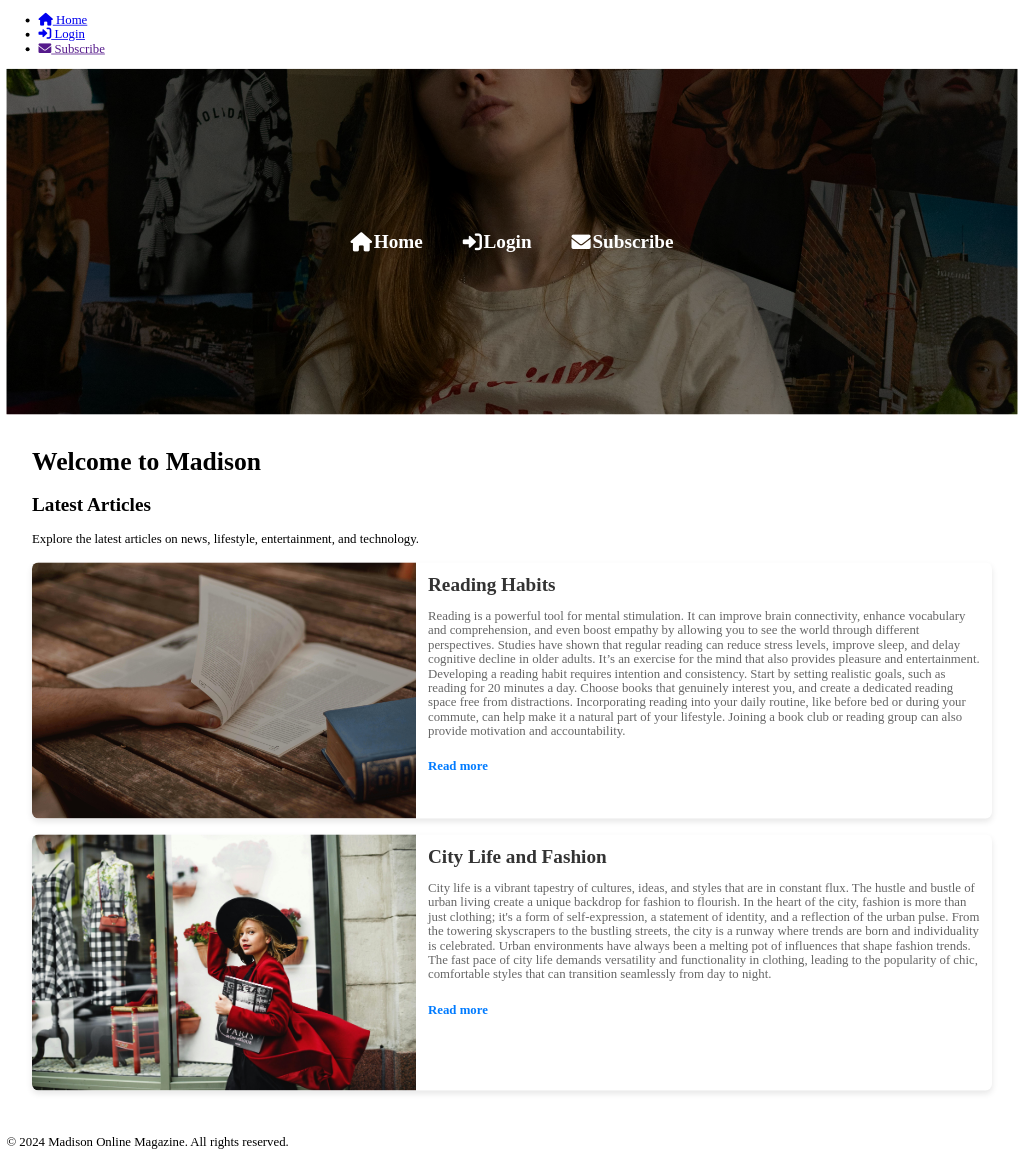
Repository: Anukb/Madison-Magazine-
Page: myapp/templates/home.html
The author's editor kept a copy of each file at every save. The page is drawn from the files as they stood at one save, then again after a run of saves.
The browser window is 1280 px wide. The pictures show the whole page, at 80% of full size.
The template is drawn by Django 5.2. The application's start-up code is not run. The template is opened directly, without the code that normally fills it, so the values that code supplies are empty.

Above is the page before, as saved 2024-09-06 14:27:27.

After the next 3 saves:
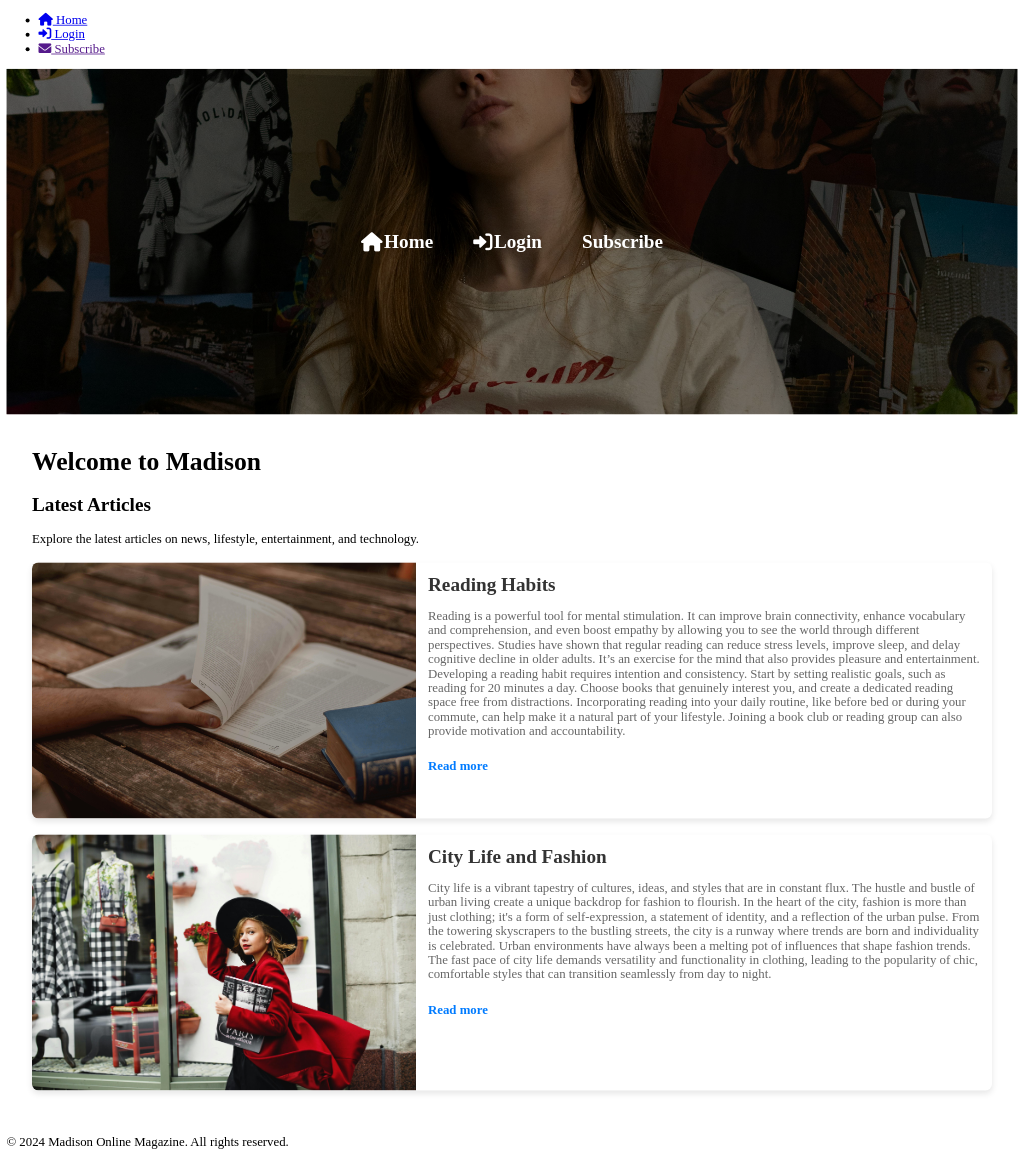
The 3 saves are shown as one change because they came seconds apart.
The last was saved 26 s later.
--- a/myapp/templates/home.html
+++ b/myapp/templates/home.html
@@ -27,7 +27,7 @@
                     <ul>
                         <li><a href="{% url 'home' %}"><i class="fas fa-home"></i> Home</a></li>
                         <li><a href="{% url 'login' %}"><i class="fas fa-sign-in-alt"></i> Login</a></li>
-                        <li><a href="{% url 'subscribe' %}"><i class="fas fa-envelope"></i> Subscribe</a></li>
+                        <li><a href="><i class="fas fa-envelope"></i> Subscribe</a></li>
                     </ul>
                 </nav>
             </div>

After the 2 saves that followed:
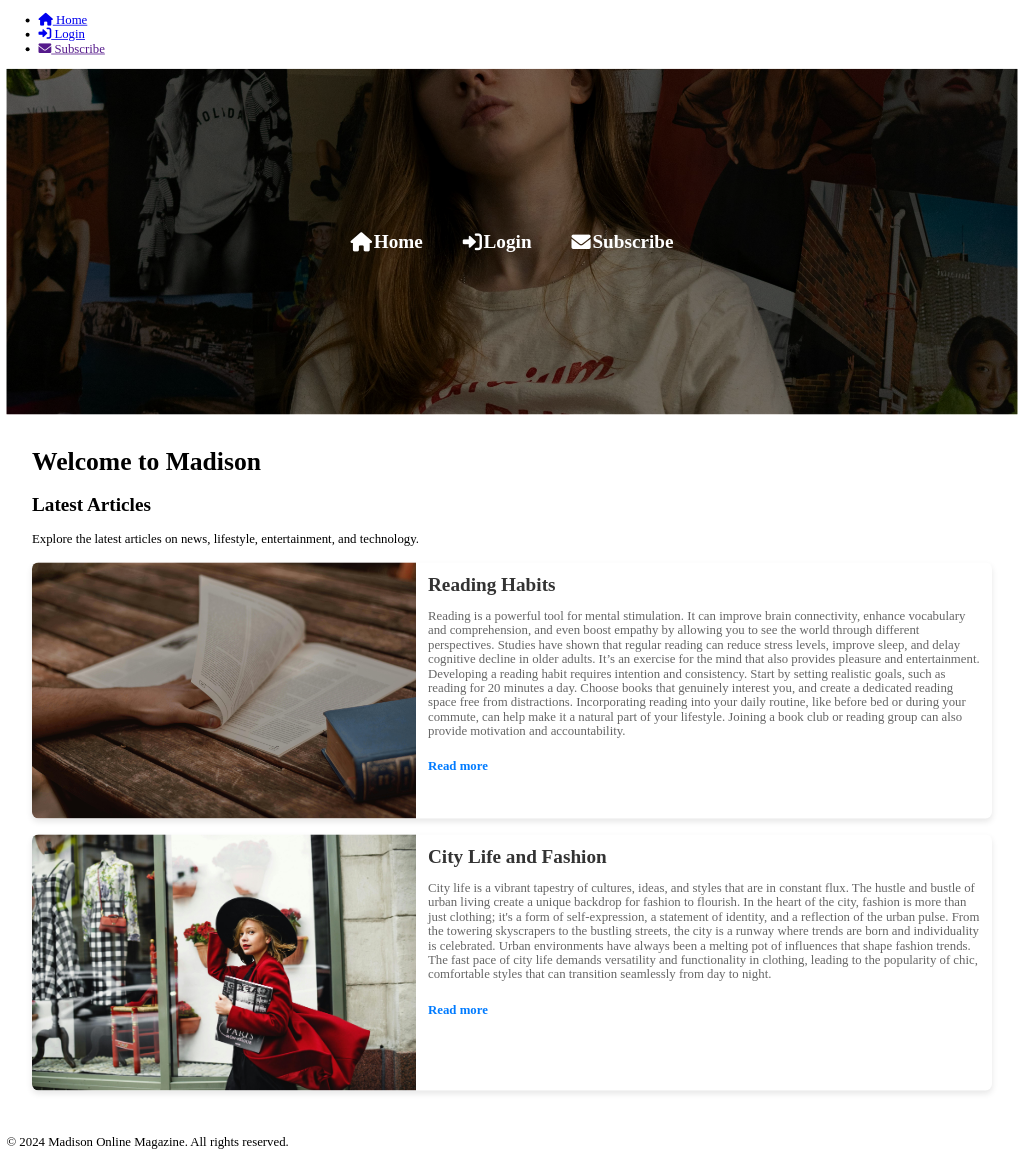
The 2 saves are shown as one change because they came seconds apart.
The last was saved 7 s later.
--- a/myapp/templates/home.html
+++ b/myapp/templates/home.html
@@ -27,7 +27,7 @@
                     <ul>
                         <li><a href="{% url 'home' %}"><i class="fas fa-home"></i> Home</a></li>
                         <li><a href="{% url 'login' %}"><i class="fas fa-sign-in-alt"></i> Login</a></li>
-                        <li><a href="><i class="fas fa-envelope"></i> Subscribe</a></li>
+                        <li><a href=""><i class="fas fa-envelope"></i> Subscribe</a></li>
                     </ul>
                 </nav>
             </div>
